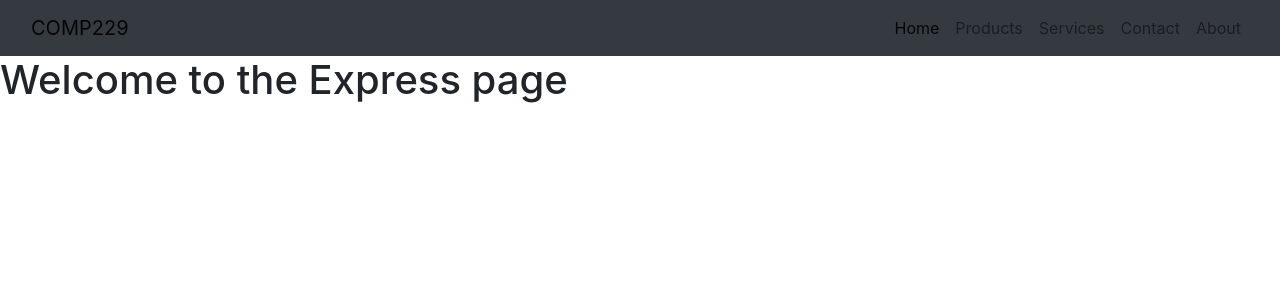
Repository: arsh16/week3_demo2
Page: http://localhost/
An editor plug-in stored every save of this project. The page is shown before and after the next save, followed by the edit.
The browser window is 1280 px wide. The pictures show the whole page.
Some web libraries are served in a nearby version. The page is served by the project's Node server (server.js).

Above is the page before, as saved 2021-09-30 11:25:14.

After the next save:
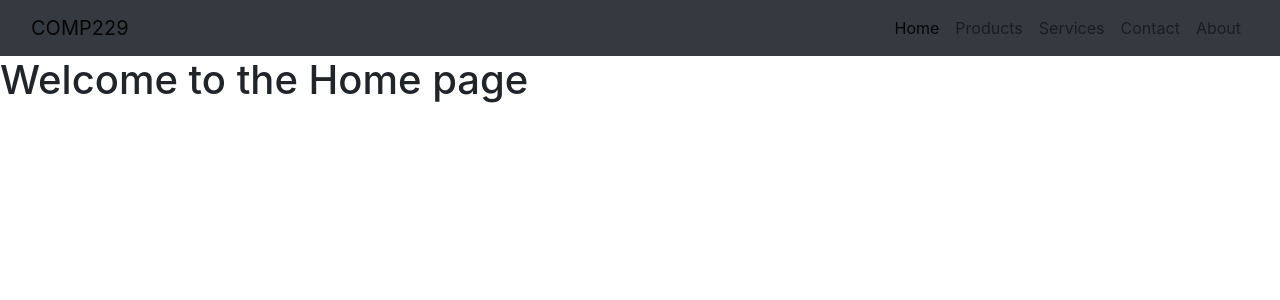
Saved 73 s later.
--- a/routes/index.js
+++ b/routes/index.js
@@ -3,8 +3,13 @@ var router = express.Router();
 
 /* GET home page. */
 router.get('/', function(req, res, next) {
-  res.render('index', { title: 'Express' });
+  res.render('index', { title: 'Home' });
 });
+
+router.get('/home', function(req, res, next) {
+  res.render('index', { title: 'Home' });
+});
+
 
 router.get('/about', function(req, res, next) {
   res.render('index', { title: 'About' });
